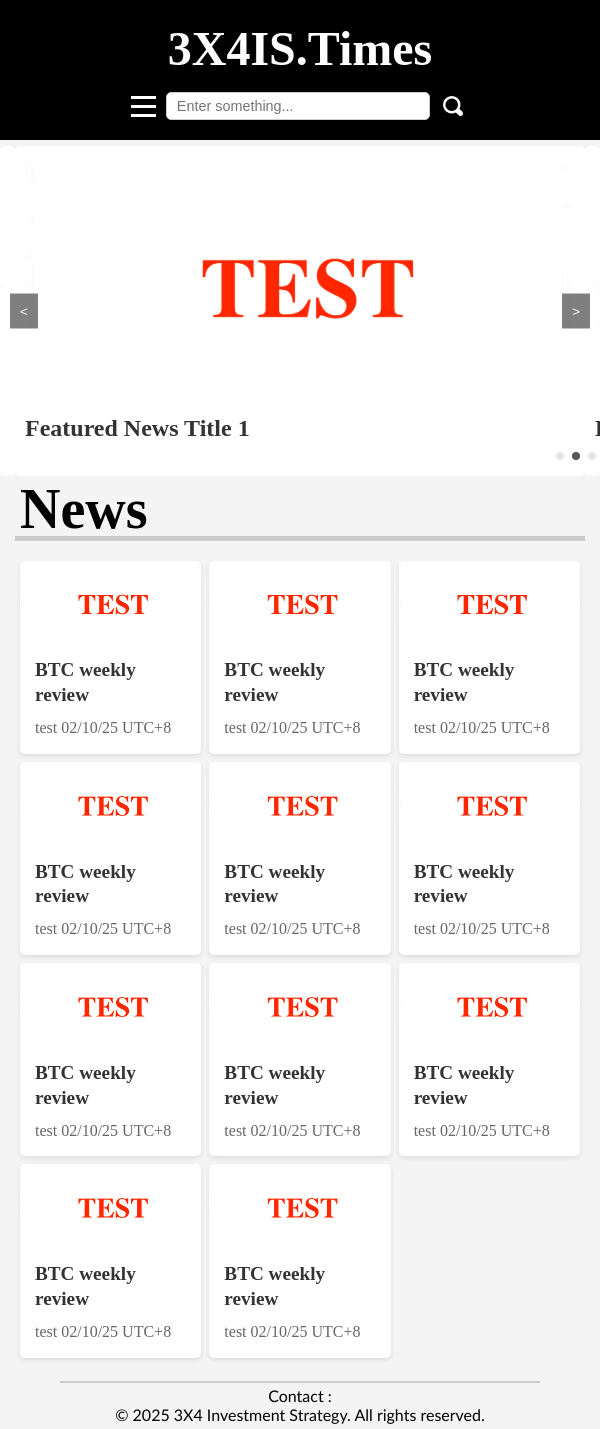
Repository: SongSongLook/songsonglook.github.io
Page: index.html
The author's editor kept a copy of each file at every save. The page is drawn from the files as they stood at one save, then again after the next save.
The browser window is 600 px wide. The pictures show the whole page.

Above is the page before, as saved 2025-04-13 22:22:31.
Console error: TypeError: Cannot set properties of null (setting 'innerHTML')

### index.html
<!DOCTYPE html>
<html lang="zh">
<head>
  <meta charset="UTF-8">
  <meta name="viewport" content="width=device-width, initial-scale=1.0">
  <title>Homepage</title>
  <link rel="stylesheet" href="css/style.css">
  <link rel="stylesheet" href="css/news.css">
  <link rel="stylesheet" href="css/article.css">
</head>
<body>
  <header>
    <!-- First column：logo and search container -->
    <div class="header-top">
      <a href="index.html" class="logo">3X4IS.Times</a>
      <div class="header-right">
        <!-- 手機選單圖示，放在搜尋欄左側 -->
        <div class="mobile-menu" id="mobile-menu">
          <span></span>
          <span></span>
          <span></span>
        </div>
        <div class="search-container">
          <form id="search-form">
            <input type="text" name="q" id="search-input" placeholder="Enter something...">
            <button type="submit" class="search-btn">
              <img src="images/magnifying-glass-3-512.png" alt="Search">
            </button>
          </form>
        </div>
      </div>
    </div>

    <!-- Second column: nav list -->
    <nav>
      <ul class="nav-list">
        <li data-category="all" class="active">ALL</li>
        <li data-category="market">MARKET</li>
        <li data-category="crypto">CRYPTO</li>
        <li data-category="QTT">Quantum Trade Tutor</li>
        <li data-category="TA">Technical Analysis</li>
        <li data-category="etc">Others</li>
      </ul>
    </nav>

  </header>


  <main>
    <section class="sidebar-menu" id="sidebar-menu">
      <ul class="mobile-nav-list">
        <li data-category="all">ALL</li>
        <li data-category="market">MARKET</li>
        <li data-category="crypto">CRYPTO</li>
        <li data-category="QTT">Quantum Trade Tutor</li>
        <li data-category="TA">Technical Analysis</li>
        <li data-category="etc">Others</li>
      </ul>
    </section>

    <section class="carousel-container">
      <section class="carousel">
        <!-- carousel dynamically filled by script.js -->
      </section>
      <button class="carousel-prev">&lt;</button>
      <button class="carousel-next">&gt;</button>

      <div class="carousel-pagination">
        <div class="pagination-dots"></div>
      </div>
    </section>

    <section class="logo-2"></section>
    <hr class="custom-divider">

    <section class="news-container" id="news-container">
      <!-- news card dynamically filled by script.js -->
    </section>
  </main>

  <hr class="custom-divider-2">
  <footer>
    <p>Contact :</p>
    <p>&copy; 2025 3X4 Investment Strategy. All rights reserved.</p>
  </footer>

  <script src="js/newsData.js"></script>
  <script src="js/article.js"></script>
  <script src="js/script.js"></script>
</body>
</html>

### css/style.css
:root {
  --header-height: 100px;
}
/* Reset 與基本設定 */
* {
    box-sizing: border-box;
    margin: 0;
    padding: 0;
  }

  html, body {
    height: 100%;
    margin: 0;
  }

  header {
    position: fixed;
    top: 0;
    width: 100%;
    max-width: 100%;
    z-index: 1000;
    margin: 0 auto;
    max-height: 140px;
  }

  main {
    flex: 1;
    position: relative;
    align-self: start;
    max-width: 1600px;
    margin: 0 auto;
  }

  body {
    display: flex;
    flex-direction: column;
    font-family: serif, sans-serif;
    line-height: 1.3;
    background-color: #f4f4f4;
    color: #333;
    position: relative;
    padding-top: 195px;
  }

  footer {
    font-family:'Gill Sans', 'Gill Sans MT', Calibri, 'Trebuchet MS', sans-serif;
    color: #000000;
    padding: 0px 0px 5px;
    margin-bottom: 3px;
    font-size: 1.0rem;
    text-align: center;
    line-height: 1.2rem;
    position: relative;
  }


/*---------------------------------------------------*/

.header-top {
  position: relative;
  display: flex;
  justify-content: space-between;
  align-items: center;
  padding: 3% 3%;  /* 根據需求調整內邊距 */
  background-color: #000000; /* 若希望背景一致，可設定相同背景色 */
  line-height: 50% auto;
  z-index: 3;
  max-height: 140px;
  max-width: 100%;

}

/* .header-right：將 mobile-menu 與搜尋欄排列在同一列 */
.header-right {
  display: flex;
  align-items: center;
  margin-left: auto;
  margin-right: auto;
}

a.logo {
  text-decoration: none;
  font-family: 'Times New Roman', Times, serif;
  color: #ffffff;  /* 根據需求調整顏色 */
  font-size: 4.5rem;
  font-weight: bold;
}

.logo-2 {
  position: relative;
  text-decoration: none;
  font-family: 'Times New Roman', Times, serif;
  color: #000000;  /* 根據需求調整顏色 */
  padding: 1% 20px;
  font-size: 3.5rem;
  font-weight: bold;
  line-height: 75%;
  margin-top: 1%;
}

.search-container {
  width: 50%;
  margin: 3% 0;
  z-index: 101;
  position: relative;
}

.search-results {
  display: grid;
  grid-template-columns: repeat(3, 1fr);
  gap: 20px;
  padding: 20px;
}

/* 讓搜尋表單中的元素同列顯示 */
#search-form {
  display: flex;
  align-items: center;
}

/* 搜尋輸入框 */
#search-input {
  flex: 1;
  padding: 5px 10px;
  font-size: 1rem;
  border: 1px solid #ccc;
  border-radius: 5px;
  outline: none;
}

#search-query {
  font-size: 3rem;
  padding-left: 20px;
}
#search-query.empty-search {
  padding: 0px;
  margin-left: auto;
  margin-right: auto;

}

#search-results {
  text-align: center;
  padding-left: 20px;
}
/* 搜尋按鈕，利用放大鏡圖案 */
.search-btn {
  margin-left: 8px;
  display: flex;
  align-items: center;
  justify-content: center;
  padding: 5px;
  border: 1px solid #000000;
  border-left: 5px; /* 與輸入框連接 */
  background-color: #000000;
  cursor: pointer;
}

.search-btn img {
  width: 20px;
  height: 20px;
}

.search-page {
  .search-header {
    padding-top: 15px;
    font-size: 1.3rem;
  }
  .custom-divider{
    border-top: 3px solid #ccc;
    margin-left: auto;
    margin-right: auto;
    padding-bottom: 15px;
  }
}

/*---------------------------------------------------*/

/* nav  */
nav {
  transition: transform 0.3s ease;
  position: relative;
  background-color: #d5d5d5; /* 可根據設計調整 */
  padding: 1px 5px;
  z-index: 1;
  font-family:'Gill Sans', 'Gill Sans MT', Calibri, 'Trebuchet MS', sans-serif;
}

/* 導覽列樣式 */
.nav-list {
  position: relative;
  z-index: 102;
  list-style: none;
  display: flex;
  justify-content: center; /* 或依需求對齊 */
  margin: 0;
  padding: 0;
  line-height: 100%;
  font-weight: bold;
  font-size: 1.1rem;
  text-align: center;
}

.nav-list li {
  margin: 5px 0.3rem;
  padding: 8px 0.3rem;
  cursor: pointer;
}

.nav-list li:hover,
.nav-list li.active {
  background: #7d7c7c;
  border-radius: 3px;
}

/* 手機選單樣式 */
.mobile-menu {
  display: none; /* 根據響應式設計調整 */
}

.mobile-menu span {
  height: 3px;
  width: 25px;
  background: #ffffff;
  margin: 3px 0;
  transition: 0.3s;
}

/*---------------------------------------------------*/

.custom-divider {
  border: none;                /* 先移除預設邊框 */
  border-top: 5px solid #ccc;   /* 設定上邊框作為分割線 */
  width: 95%;                  /* 可設定寬度 */
  margin-left: auto;
  margin-right: auto;
}
.custom-divider-2 {
  border: none;                /* 先移除預設邊框 */
  border-top: 2px solid #ccc;   /* 設定上邊框作為分割線 */
  margin: 3px 0px 3px 0px;              /* 設定上下間距 */
  width: 80%;                  /* 可設定寬度 */
  margin-left: auto;           /* 置中對齊 */
  margin-right: auto;
}

/*---------------------------------------------------*/

/* Sidebar pattern：initially hide at left */
.sidebar-menu {
  position: fixed;
  top: 0;
  left: -250px;  /* hide at left  */
  width: 250px;
  height: 100%;
  background: #333;
  color: #fff;
  transition: left 0.3s ease;
  z-index: 200;
  padding: 140px 20px 20px;
}
/* Out from left if sidebar active */
.sidebar-menu.active {
  padding-top: 140px;
  left: 0;
}
/* Sidebar internal pattern */

.sidebar-menu ul {
  list-style: none;
  padding: 0;
  margin: 0;
}
.sidebar-menu li {
  margin-top: 5px;
  padding: 10px;
  border-bottom: 1px solid #444;
  cursor: pointer;
}
.sidebar-menu li:hover,
.sidebar-menu li.active {
  background: #696969;
  border-radius: 3px;
}

/*---------------------------------------------------*/

/* RWD */
@media (max-width: 758px) {
  body {
    padding-top: 140px;
  }
  main{
    margin-top: 1%;
  }
  .header-top {
    flex-direction: column;
  }
  .header-right {
    display: flex;
    align-items: center;
    width: 60%;
    margin-left: auto;
    margin-right: auto;
  }
  a.logo {
    font-size: 300%;
  }
  .search-container {
    margin-top: 10px; /* apart from the logo  */
  }
  #search-input {
    font-size: 0.9rem;
  }
  /* show mobile-menu and lay left behind the search container */
  .mobile-menu {
    display: flex;
    flex-direction: column;
    cursor: pointer;
    margin-right: 10px;
  }
  /* keep the search container in same row  */
  .search-container {
    flex: 1;
  }
  nav {
    display: none;
  }
  .news-container {
    grid-template-columns: repeat(1, 1fr);
  }
}

### css/news.css
/* 新聞卡片區：3 欄排列 */
.news-container {
  display: grid;
  grid-template-columns: repeat(3, 1fr);
  gap: 8px;
  padding: 20px;

}

/* News Card 樣式 */
.news-card {
  padding-bottom: 0;
  background: #fff;
  border-radius: 5px;
  overflow: hidden;
  box-shadow: 0 2px 5px rgba(0,0,0,0.1);
  transition: transform 0.3s;
  cursor: pointer;
}

.news-card:hover {
  transform: translateY(-5px);
}

.news-card img {
  width: 100%;
  display: block;
}

.news-content {
  padding: 15px;
}

.news-content h3 {
  margin-bottom: 10px;
  font-size: 1.2rem;
}

.news-content p {
  color: #666;
}

.news-card-search {
  max-width: 80%;
  border-radius: 5px;
  align-content: center;
  background: #ccc;
  border-radius: 10px;
  overflow: hidden;
  box-shadow: 0 2px 5px rgba(0,0,0,0.1);
  cursor: pointer;
  margin-top: 10px;
  margin-left: 8px;
}

.news-card-search:hover {
  transform: translateY(0px);
}

.news-card-search img {
  width: 100%;
  display: block;
}

/* Carousel 輪播區 */
.carousel-container {
  padding: 0 15px;
  overflow: hidden;
  margin: 20px auto;
  max-width: 1200px;
  max-height: 100%;
  position: relative;
  border-radius: 5px;
}

.carousel {
  display: flex;
  position: relative;
  transition: transform 0.5s ease;
  border-radius: 5px;
}

.carousel-item {
  background-color: rgb(255, 255, 255);
  min-width: 100%;
  box-sizing: border-box;
  padding: 10px;
  border-radius: 5px;
}
.carousel-item img {
  width: 100%;
  border-radius: 5px;
}
.carousel-item h3 {
  font-size: 2rem;  /* 根據需要調整字體大小 */
  font-family: 'Times New Roman', Times, serif;
  font-weight: bolder;
  margin: 1px 0;
}

/* 輪播箭頭 */
.carousel-prev, .carousel-next {
  position: absolute;
  top: 50%;
  transform: translateY(-50%);
  background: rgba(0,0,0,0.5);
  color: #fff;
  border: none;
  padding: 10px;
  cursor: pointer;
  z-index: 10;
}
.carousel-prev {
  left: 10px;
}
.carousel-next {
  right: 10px;
}
.carousel-container {
  position: relative;  /* 讓內部的 absolute 元素以此為參考 */
  overflow: hidden;
  margin: 0px auto;
  max-width: 1200px;

}

/* Pagination 區塊的樣式 */
.carousel-pagination {
  position: absolute;
  bottom: 10px;           /* 根據需求調整距離底部的距離 */
  left: 96%;
  transform: translateX(-50%);
  z-index: 10;            /* 確保位於其他元素上方 */
  text-align: center;
  color: #fff;            /* 可視需要調整文字顏色 */
  min-width: 300px;
}

.pagination-dots .dot {
  display: inline-block;
  width: 0.5rem;
  height: 0.5rem;
  background: #e4e4e4;
  border-radius: 50%;
  margin: 0 4px;
  cursor: pointer;
  transition: background 0.3s;
}

.pagination-dots .dot.active {
  background: #585858;
}


@media (max-width: 758px) {
  .carousel-item h3 {
    font-size: 1.5rem;
  }
}

### css/article.css
/* 調整文章內所有段落的文字樣式 */
.article-body p {
    font-size: 1.2rem;       /* 文字大小 */
    line-height: 1.8;        /* 行高 */
    margin-bottom: 1rem;     /* 段落下間距 */
    color: #333;             /* 文字顏色 */
  }

  /* 調整文章內圖片的樣式 */
  .article-body img {
    width: 100%;             /* 自適應寬度 */
    max-width: 600px;        /* 限制最大寬度 */
    display: block;          /* 使圖片為區塊元素 */
    margin: 20px auto;       /* 上下間距並置中顯示 */
    border-radius: 5px;      /* 選擇性圓角效果 */
  }

  /* 可針對其他 HTML 標籤增加額外樣式 */
  .article-body h2,
  .article-body h3 {
    color: #222;
    margin-top: 1.5rem;
    margin-bottom: 1rem;
  }

  article {
    padding: 20px;
    background: #ffffff;
    margin: 20px;
    border-radius: 5px;
  }

  article h1 {
    margin-bottom: 20px;
  }

  article img {
    width: 100%;
    max-height: 400px;
    object-fit: cover;
    margin-bottom: 20px;
  }

  .tag-btn {
    background: #eee;
    border: none;
    padding: 5px 10px;
    margin-right: 5px;
    border-radius: 3px;
    cursor: pointer;
    transition: background 0.3s;
  }

  .tag-btn:hover {
    background: #ddd;
  }

### js/newsData.js
//data-category:
//--market
//--crypto
//--forex
//--TA
//--etc


// news data restore
const newsData = [
    {
      id: 1,
      title: "BTC weekly review",
      category: "TA",
      description: "test 02/10/25 UTC+8",
      image: "images/截圖 2024-05-26 下午9.32.11.png",
      fullContent:  `
      <p>完整的政治新聞內容：詳細描述政治事件、背景與可能的影響，讓讀者獲得更深入的了解。</p>
      <p>在這裡你可以插入圖片：</p>
      <img src="https://via.placeholder.com/600x400?text=內文圖片" alt="內文圖片">
      <p>圖片說明：這是一張示意圖。也可以使用 <strong>加粗文字</strong> 來強調重點。</p>
    `,
    tags: ["btc", "analysis"]
    },
    {
      id: 2,
      title: "BTC weekly review",
      category: "crypto",
      description: "test 02/10/25 UTC+8",
      image: "images/截圖 2024-05-26 下午9.32.11.png",
      fullContent:  `
      <p>完整的政治新聞內容：詳細描述政治事件、背景與可能的影響，讓讀者獲得更深入的了解。</p>
      <p>在這裡你可以插入圖片：</p>
      <img src="https://via.placeholder.com/600x400?text=內文圖片" alt="內文圖片">
      <p>圖片說明：這是一張示意圖。也可以使用 <strong>加粗文字</strong> 來強調重點。</p>
    `,
    tags: ["政治", "featured"]
    },
    {
      id: 3,
      title: "BTC weekly review",
      category: "QTT",
      description: "test 02/10/25 UTC+8",
      image: "images/截圖 2024-05-26 下午9.32.11.png",
      fullContent:  `
      <p>完整的政治新聞內容：詳細描述政治事件、背景與可能的影響，讓讀者獲得更深入的了解。</p>
      <p>在這裡你可以插入圖片：</p>
      <img src="https://via.placeholder.com/600x400?text=內文圖片" alt="內文圖片">
      <p>圖片說明：這是一張示意圖。也可以使用 <strong>加粗文字</strong> 來強調重點。</p>
    `,
    tags: ["政治", "featured"]
    },
    {
      id: 4,
      title: "BTC weekly review",
      category: "crypto",
      description: "test 02/10/25 UTC+8",
      image: "images/截圖 2024-05-26 下午9.32.11.png",
      fullContent:  `
      <p>完整的政治新聞內容：詳細描述政治事件、背景與可能的影響，讓讀者獲得更深入的了解。</p>
      <p>在這裡你可以插入圖片：</p>
      <img src="https://via.placeholder.com/600x400?text=內文圖片" alt="內文圖片">
      <p>圖片說明：這是一張示意圖。也可以使用 <strong>加粗文字</strong> 來強調重點。</p>
    `,
    tags: ["政治", "featured"]
    },
    {
      id: 4,
      title: "BTC weekly review",
      category: "crypto",
      description: "test 02/10/25 UTC+8",
      image: "images/截圖 2024-05-26 下午9.32.11.png",
      fullContent:  `
      <p>完整的政治新聞內容：詳細描述政治事件、背景與可能的影響，讓讀者獲得更深入的了解。</p>
      <p>在這裡你可以插入圖片：</p>
      <img src="https://via.placeholder.com/600x400?text=內文圖片" alt="內文圖片">
      <p>圖片說明：這是一張示意圖。也可以使用 <strong>加粗文字</strong> 來強調重點。</p>
    `,
    tags: ["政治", "featured"]
    },
    {
      id: 4,
      title: "BTC weekly review",
      category: "crypto",
      description: "test 02/10/25 UTC+8",
      image: "images/截圖 2024-05-26 下午9.32.11.png",
      fullContent:  `
      <p>完整的政治新聞內容：詳細描述政治事件、背景與可能的影響，讓讀者獲得更深入的了解。</p>
      <p>在這裡你可以插入圖片：</p>
      <img src="https://via.placeholder.com/600x400?text=內文圖片" alt="內文圖片">
      <p>圖片說明：這是一張示意圖。也可以使用 <strong>加粗文字</strong> 來強調重點。</p>
    `,
    tags: ["政治", "featured"]
    },
    {
      id: 4,
      title: "BTC weekly review",
      category: "crypto",
      description: "test 02/10/25 UTC+8",
      image: "images/截圖 2024-05-26 下午9.32.11.png",
      fullContent:  `
      <p>完整的政治新聞內容：詳細描述政治事件、背景與可能的影響，讓讀者獲得更深入的了解。</p>
      <p>在這裡你可以插入圖片：</p>
      <img src="https://via.placeholder.com/600x400?text=內文圖片" alt="內文圖片">
      <p>圖片說明：這是一張示意圖。也可以使用 <strong>加粗文字</strong> 來強調重點。</p>
    `,
    tags: ["政治", "featured"]
    },
    {
      id: 4,
      title: "BTC weekly review",
      category: "crypto",
      description: "test 02/10/25 UTC+8",
      image: "images/截圖 2024-05-26 下午9.32.11.png",
      fullContent:  `
      <p>完整的政治新聞內容：詳細描述政治事件、背景與可能的影響，讓讀者獲得更深入的了解。</p>
      <p>在這裡你可以插入圖片：</p>
      <img src="https://via.placeholder.com/600x400?text=內文圖片" alt="內文圖片">
      <p>圖片說明：這是一張示意圖。也可以使用 <strong>加粗文字</strong> 來強調重點。</p>
    `,
    tags: ["政治", "featured"]
    },
    {
      id: 4,
      title: "BTC weekly review",
      category: "crypto",
      description: "test 02/10/25 UTC+8",
      image: "images/截圖 2024-05-26 下午9.32.11.png",
      fullContent:  `
      <p>完整的政治新聞內容：詳細描述政治事件、背景與可能的影響，讓讀者獲得更深入的了解。</p>
      <p>在這裡你可以插入圖片：</p>
      <img src="https://via.placeholder.com/600x400?text=內文圖片" alt="內文圖片">
      <p>圖片說明：這是一張示意圖。也可以使用 <strong>加粗文字</strong> 來強調重點。</p>
    `,
    tags: ["政治", "featured"]
    },
    {
      id: 4,
      title: "BTC weekly review",
      category: "crypto",
      description: "test 02/10/25 UTC+8",
      image: "images/截圖 2024-05-26 下午9.32.11.png",
      fullContent:  `
      <p>完整的政治新聞內容：詳細描述政治事件、背景與可能的影響，讓讀者獲得更深入的了解。</p>
      <p>在這裡你可以插入圖片：</p>
      <img src="https://via.placeholder.com/600x400?text=內文圖片" alt="內文圖片">
      <p>圖片說明：這是一張示意圖。也可以使用 <strong>加粗文字</strong> 來強調重點。</p>
    `,
    tags: ["政治", "featured"]
    },
    {
      id: 5,
      title: "BTC weekly review",
      category: "crypto",
      description: "test 02/10/25 UTC+8",
      image: "images/截圖 2024-05-26 下午9.32.11.png",
      fullContent:  `
      <p>完整的政治新聞內容：詳細描述政治事件、背景與可能的影響，讓讀者獲得更深入的了解。</p>
      <p>在這裡你可以插入圖片：</p>
      <img src="https://via.placeholder.com/600x400?text=內文圖片" alt="內文圖片">
      <p>圖片說明：這是一張示意圖。也可以使用 <strong>加粗文字</strong> 來強調重點。</p>
    `,
    tags: ["snp500"]
    }
  ];

  // carousel items data restore
const carouselItems = [
  {
    type: "series",  // series
    tag: "SNP500",
    image: "images/截圖 2024-05-26 下午9.32.11.png",
    title: "Weekly S&P500 analysis",
    description: "click here to find the truth "
  },
  {
    type: "featured", // display specific article
    id: 101,
    image: "images/截圖 2024-05-26 下午9.32.11.png",
    title: "Featured News Title 1"
  },
  {
    type: "featured",
    id: 102,
    image: "images/截圖 2024-05-26 下午9.32.11.png",
    title: "Featured News Title 2"
  }

];

### js/article.js
// article.js
function getQueryParameter(name) {
  const urlParams = new URLSearchParams(window.location.search);
  return urlParams.get(name);
}

document.addEventListener("DOMContentLoaded", () => {
  const articleId = getQueryParameter("id");
  const articleContainer = document.getElementById("article-content");

  if (!articleId) {
    articleContainer.innerHTML = "<p>文章不存在。</p>";
    return;
  }

  const article = newsData.find(item => item.id === parseInt(articleId));
  if (!article) {
    articleContainer.innerHTML = "<p>文章不存在。</p>";
    return;
  }

  // 生成標籤按鈕區塊（點擊後回首頁並以該標籤過濾）
  let tagsHtml = "";
  if (article.tags && article.tags.length > 0) {
    tagsHtml = `<div class="article-tags"><span><font face="Gill Sans"><b>TAGS: </b></font></span>`;
    article.tags.forEach(tag => {
      tagsHtml += `<button class="tag-btn" onclick="location.href='index.html?tag=${encodeURIComponent(tag)}'">${tag}</button>`;
    });
    tagsHtml += `</div>`;
  }

  articleContainer.innerHTML = `
    <h1>${article.title}</h1>
    <img src="${article.image}" alt="${article.title}">
    <div class="article-body">
      ${article.fullContent}
    </div>
    ${tagsHtml}
  `;
});

Loaded but not shown: js/script.js (254 lines, source omitted)

After the next save:
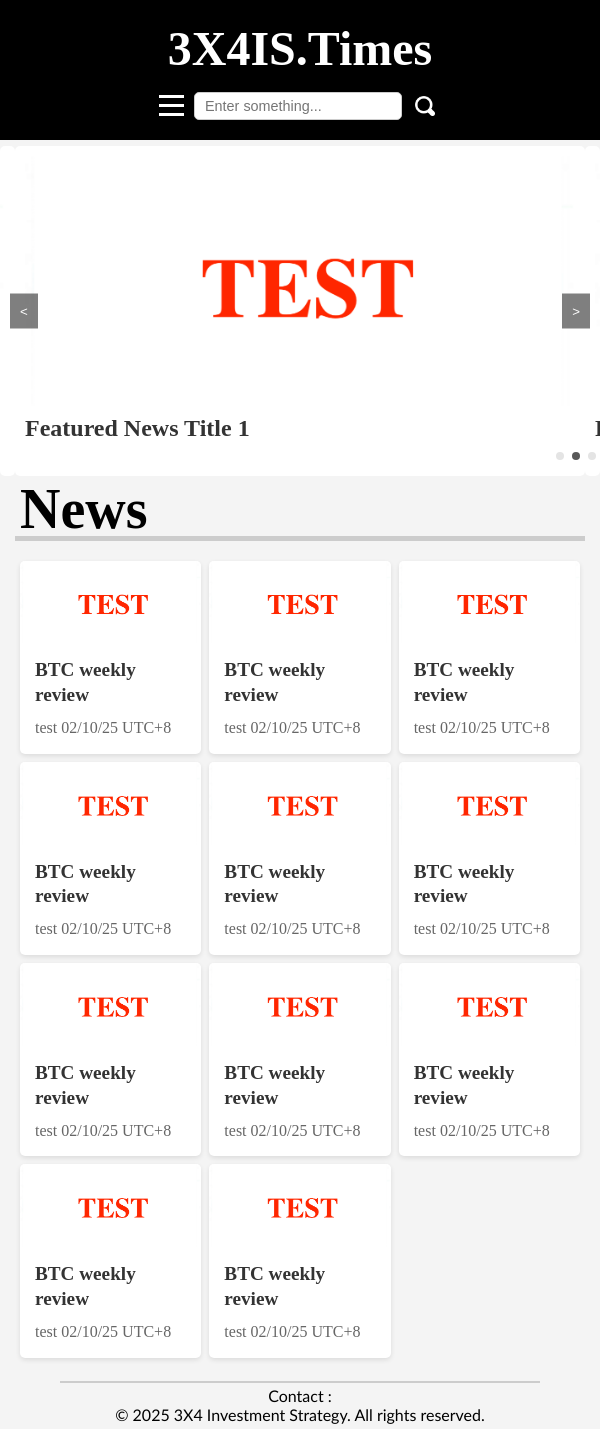
Saved 3 s later.
--- a/css/style.css
+++ b/css/style.css
@@ -74,8 +74,6 @@
 .header-right {
   display: flex;
   align-items: center;
-  margin-left: auto;
-  margin-right: auto;
 }
 
 a.logo {
@@ -294,12 +292,14 @@ nav {
     margin-top: 1%;
   }
   .header-top {
+    display: flex;
     flex-direction: column;
+    margin-left: auto;
+    margin-right: auto;
   }
   .header-right {
     display: flex;
     align-items: center;
-    width: 60%;
     margin-left: auto;
     margin-right: auto;
   }
